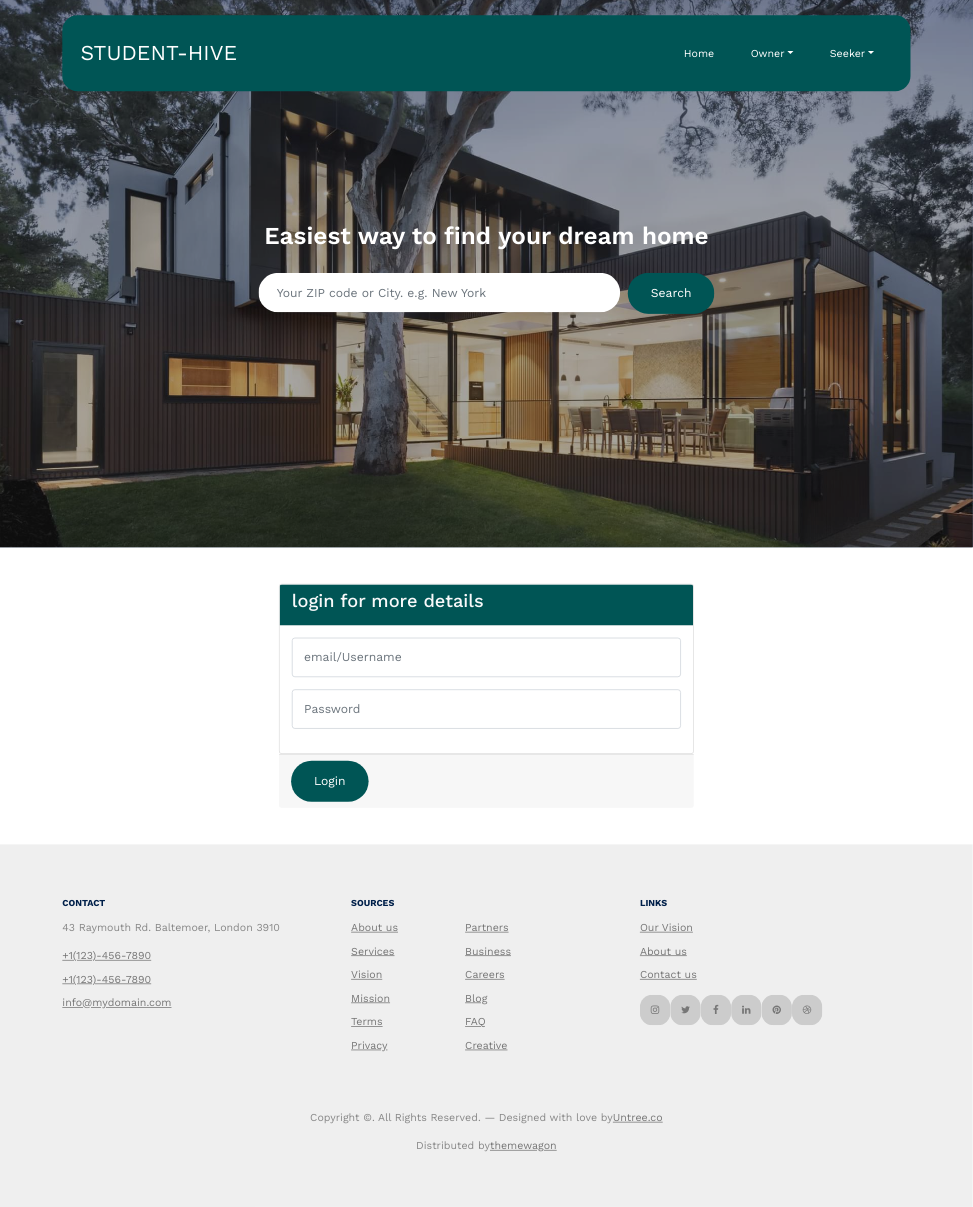
Repository: Farhan0021/Rentalproject
Page: /seeker/login (app in front/)
An editor plug-in stored every save of this project. The page is shown before and after the next save, followed by the edit.
The browser window is 1280 px wide. The pictures show the whole page, at 76% of full size.
The project was rebuilt for these pictures with package versions that can differ from the ones it lists, and the page was loaded fresh each time. Also part of the build but not shown: front/vite.config.js, front/src/pages/Home.jsx, front/src/schema/SeekerSignupSchema.jsx, front/src/pages/seekers/Signup.jsx, front/src/pages/owner/Login.jsx, front/src/schema/OwnerSignupSchema.jsx, front/src/pages/owner/Signup.jsx, front/src/pages/Details.jsx.

Above is the page before, as saved 2025-05-08 12:20:40.
Console error: TypeError: Cannot read properties of null (reading 'style')

After the next save:
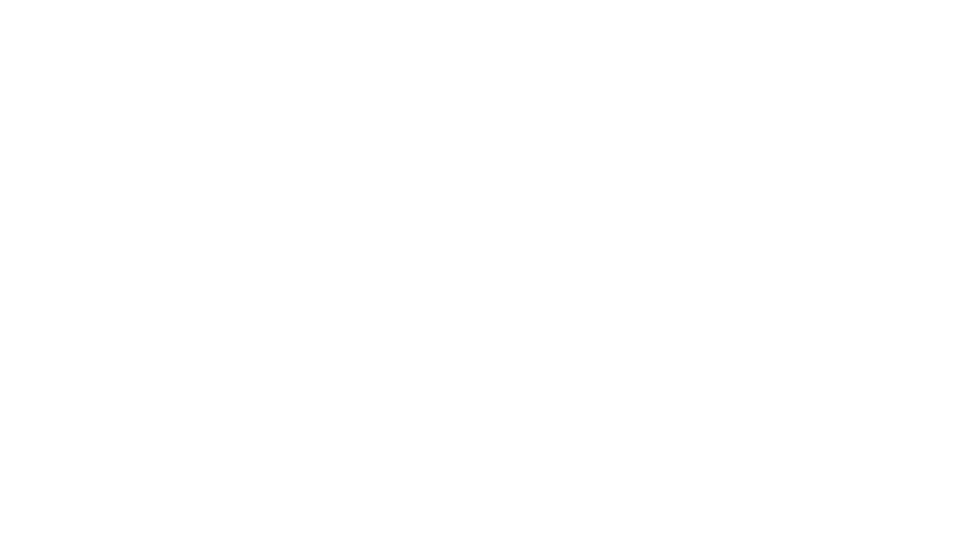
Console error: SyntaxError: Missing initializer in destructuring declaration
Saved 4 min 34 s later.
--- a/front/src/pages/seekers/Login.jsx
+++ b/front/src/pages/seekers/Login.jsx
@@ -3,6 +3,8 @@
 import LoginSchema from '../../schema/LoginSchema';
 import axios from 'axios'
 const Login = () => {
+
+  let [errMsg,set]
   useEffect(()=>{
     window.scroll(0,0);
   },[])
@@ -16,7 +18,14 @@
   onSubmit : (fromData)=>{
     axios.post(`${import.meta.env.VITE_API_URL}/seekerauth`, fromData)
     .then(response=>{
-      console.log(response.data);
+      if(response.data.success==true){
+
+      }
+      else{
+        if(response.data.errType==1){
+
+        }
+      }
     })
   }
  })

After the 3 saves that followed:
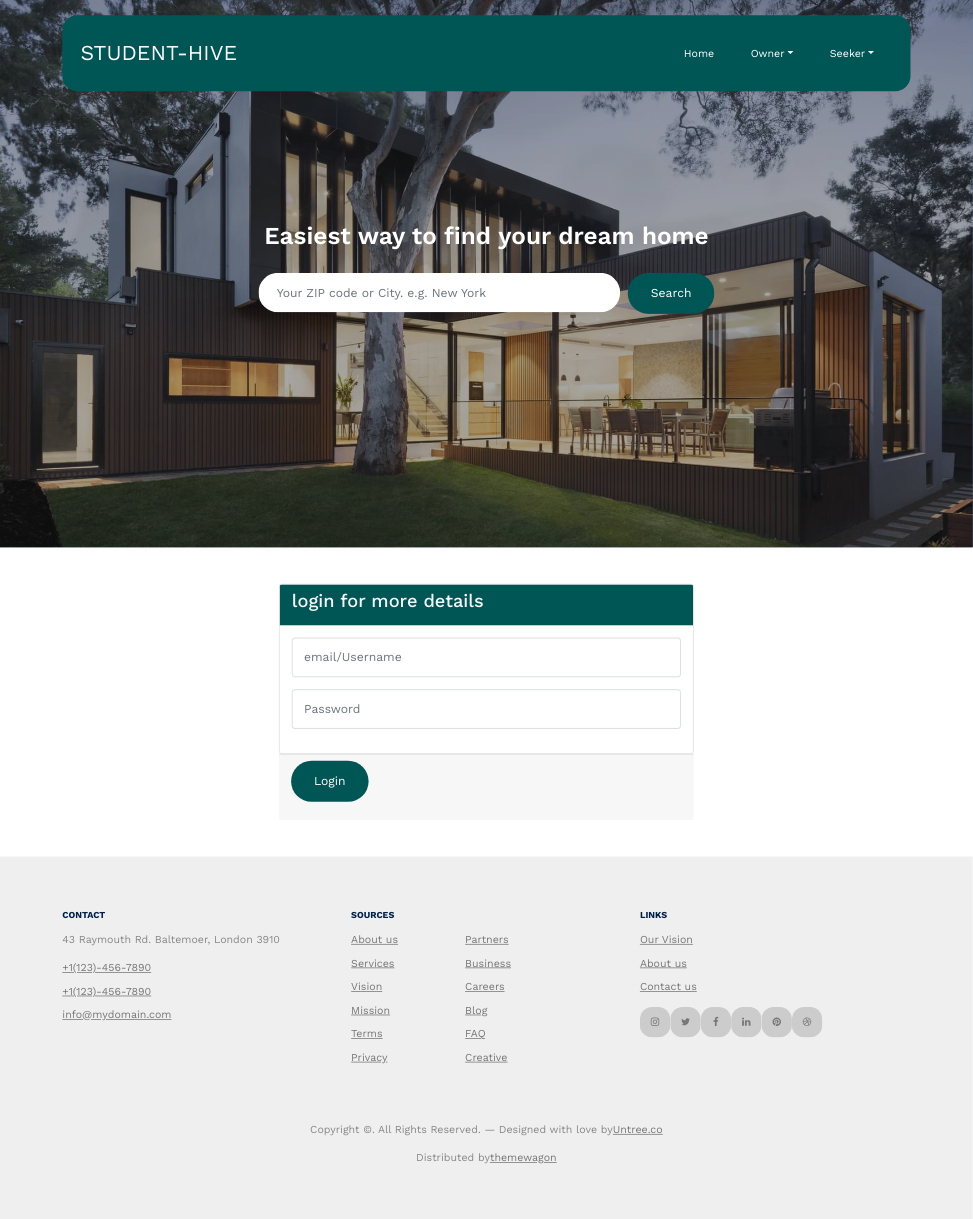
Console error: TypeError: Cannot read properties of null (reading 'style')
The 3 saves are shown as one change because 2 left the picture as it was.
The last was saved 10 min 26 s later.
--- a/front/src/pages/seekers/Login.jsx
+++ b/front/src/pages/seekers/Login.jsx
@@ -1,10 +1,11 @@
 import React, { useEffect } from 'react'
+import { useState } from 'react';
 import {useFormik} from 'formik'
 import LoginSchema from '../../schema/LoginSchema';
 import axios from 'axios'
 const Login = () => {
 
-  let [errMsg,set]
+  let [errMsg,setErrMsg] = useState("");
   useEffect(()=>{
     window.scroll(0,0);
   },[])
@@ -23,6 +24,7 @@
       }
       else{
         if(response.data.errType==1){
+          setErrMsg("This Email ID and Password is Incorrect !");
 
         }
       }
@@ -76,6 +78,7 @@
                     className="btn btn-primary"
                   />
                 </div>
+                <p className='text-danger text-center'>{errMsg}</p>
             </div>
          </div>
          </div>
